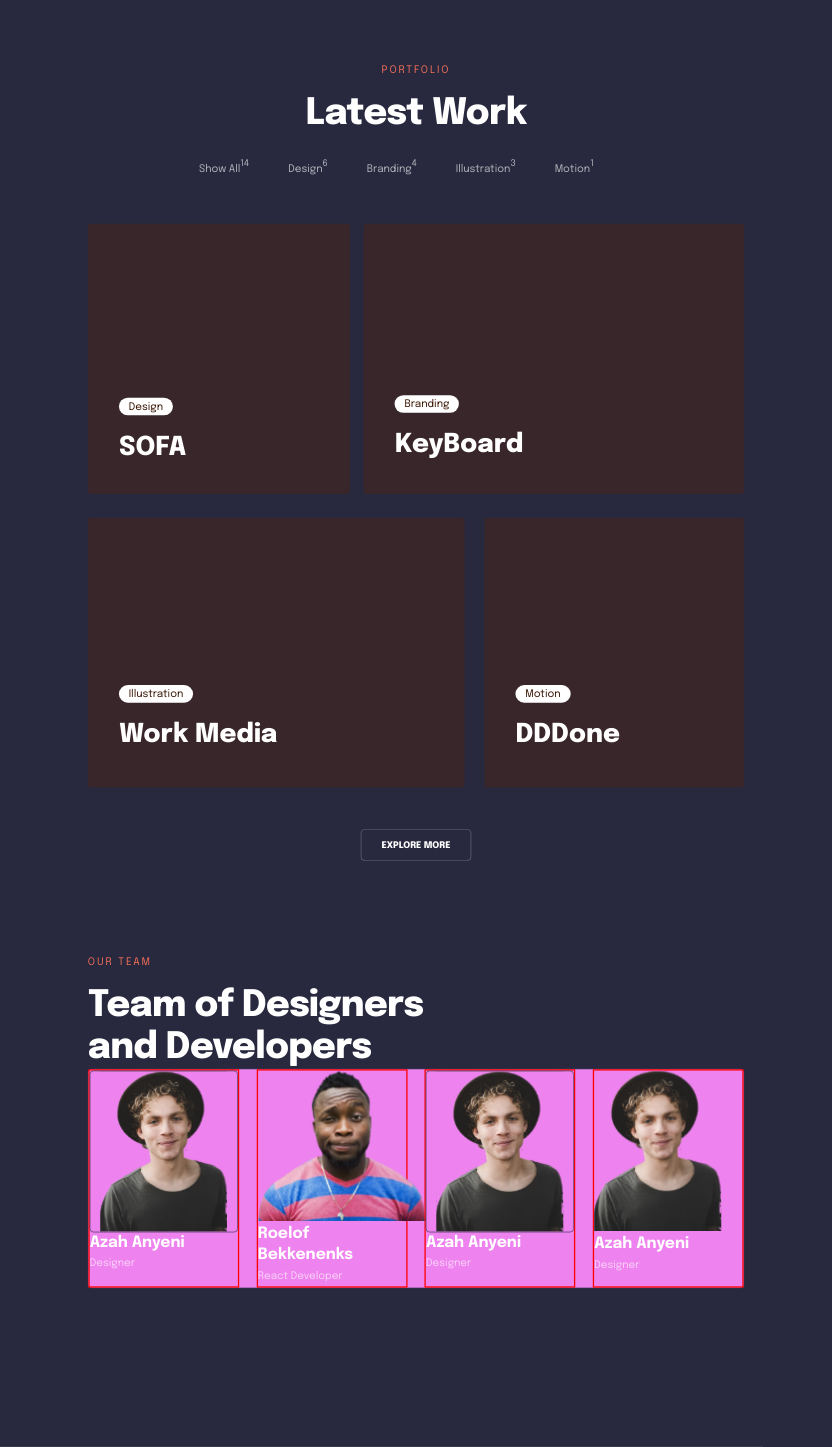
Repository: FidanXankishiyeva/figma-positions-task
Page: index.html
These files come from the project's save history. The page is drawn as it stood at one moment and after a run of saves; the edit follows.
The browser window is 1280 px wide. The pictures show the whole page, at 65% of full size.

Above is the page before, as saved 2023-08-10 13:44:11.

### index.html
<!DOCTYPE html>
<html lang="en">

<head>
    <meta charset="UTF-8">
    <meta name="viewport" content="width=device-width, initial-scale=1.0">
    <title>Document</title>
    <link rel="stylesheet" href="index.css">
</head>

<body>
    <div class="container">
        <div class="page-1">
            <div class="text-box">
                <h1>Portfolio</h1>
                <h2>Latest Work</h2>
            </div>
            <nav class="position-box">
                <ul>
                    <li>
                        <h1>Show All</h1>
                        <p>14</p>
                    </li>
                    <li>
                        <h1>Design</h1>
                        <p>6</p>
                    </li>
                    <li>
                        <h1>Branding</h1>
                        <p>4</p>
                    </li>
                    <li>
                        <h1>Illustration</h1>
                        <p>3</p>
                    </li>
                    <li>
                        <h1>Motion</h1>
                        <p>1</p>
                    </li>
                </ul>
            </nav>
            <div class="photo-box">
                <div class="sofa-box">
                    <img src="./photo/sofa.svg" alt="">
                    <div class="design-box">
                        <a href="#">Design</a>
                        <p>SOFA</p>

                    </div>
                </div>
                <div class="keyboard-box">
                    <img src="./photo/keyboard.svg" alt="">
                    <div class="branding-box">
                        <a href="#">Branding</a>
                        <p>KeyBoard</p>
                    </div>
                </div>
            </div>

            <div class="photo-box-2">
                <div class="work-media">
                    <img src="./photo/Work-Media.svg" alt="">
                    <div class="illustration-box">
                        <a href="#">Illustration</a>
                        <p>Work Media</p>
                    </div>
                </div>
                <div class="done-box">
                    <img src="./photo/done.svg" alt="">
                    <div class="motion-box">
                        <a href="#">Motion</a>
                        <p>DDDone</p>
                    </div>
                </div>
            </div>
            <button>
                Explore more
            </button>
        </div>
        <div class="page-2">
            <div class="text-box-2">
                <h3 >Our Team</h3>
                <h4>Team of Designers
                    and Developers</h4>
            </div>
            <div class="team-person">
                <ul>
                    <li>
                        <div>
                            <img src="./photo/azah.svg" alt="">
                        </div>
                        <h5>Azah Anyeni</h5>
                        <h6>Designer</h6>
                    </li>
                    <li>
                        <img src="./photo/roelof.svg" alt="">
                        <h5>Roelof Bekkenenks</h5>
                        <h6>React Developer</h6>
                    </li>
                    <li>
                        <div>
                            <img src="./photo/azah.svg" alt="">
                        </div>
                        <h5>Azah Anyeni</h5>
                        <h6>Designer</h6>
                    </li>
                    <li>
                        <img src="./photo/azah.svg" alt="">
                        <h5>Azah Anyeni</h5>
                        <h6>Designer</h6>
                    </li>
                </ul>
            </div>
        </div>
    </div>

</body>

</html>

### index.css
@import url("https://fonts.googleapis.com/css2?family=Epilogue:wght@400;700;800&display=swap");
* {
  margin: 0;
  padding: 0;
  box-sizing: border-box;
}

.container {
  width: 100%;
  background-color: #28293e;
}

.page-1 {
  padding: 92px 135px 0 135px;
}
.text-box h1 {
  margin-bottom: 20px;
  color: var(--text-light-accent, #ef6d58);
  text-align: center;
  font-feature-settings: "clig" off, "liga" off;
  font-family: Epilogue;
  font-size: 16px;
  font-style: normal;
  font-weight: 400;
  line-height: 32px;
  letter-spacing: 3px;
  text-transform: uppercase;
}

.text-box h2 {
  margin-bottom: 36px;
  color: var(--text-light, #fff);
  text-align: center;
  font-feature-settings: "clig" off, "liga" off;
  font-family: Epilogue;
  font-size: 56px;
  font-style: normal;
  font-weight: 800;
  line-height: 64px;
  letter-spacing: -1px;
}

.position-box ul {
  display: flex;
  justify-content: center;
}

.position-box ul li {
  list-style-type: none;
  margin-right: 60px;
  display: flex;
}

.position-box ul li h1 {
  color: var(--text-light-gray, rgba(255, 255, 255, 0.64));
  font-feature-settings: "clig" off, "liga" off;
  font-family: Epilogue;
  font-size: 16px;
  font-style: normal;
  font-weight: 400;
  line-height: 32px;
}

.position-box ul li p {
  color: var(--text-light-gray, rgba(255, 255, 255, 0.64));
  text-align: center;
  font-feature-settings: "clig" off, "liga" off;
  font-family: Epilogue;
  font-size: 14px;
  font-style: normal;
  font-weight: 400;
}

.photo-box {
  display: flex;
  justify-content: space-between;
  margin-top: 68px;
}

.sofa-box {
  width: 40%;
  position: relative;
}

.design-box {
  position: absolute;
  bottom: 51px;
  left: 48px;
  /* top: 50%;
    left: 50%;
    transform: translate(-50%, -50%); */
}

.sofa-box img {
  width: 100%;
  height: 416px;
  margin-right: 30px;
  border-radius: 6px;
  opacity: 0.3181;
  background: #5c2000;
}

.photo-box a {
  width: 84px;
  height: 38px;
  padding: 5px 15px;
  text-decoration: none;
  border-radius: 19px;
  background: #fff;
  color: var(--text-dark, #391400);
  font-feature-settings: "clig" off, "liga" off;
  font-family: Epilogue;
  font-size: 16px;
  font-style: normal;
  font-weight: 400;
  line-height: 32px;
}

.photo-box p {
  margin-top: 23px;
  color: var(--text-light, #fff);
  font-feature-settings: "clig" off, "liga" off;
  font-family: Epilogue;
  font-size: 40px;
  font-style: normal;
  font-weight: 800;
  line-height: 48px;
}

.keyboard-box {
  position: relative;
  width: 58%;
  height: 416px;
}

.keyboard-box img {
  width: 100%;
  height: 100%;
  border-radius: 6px;
  opacity: 0.3181;
  background: #5c2000;
}

.branding-box {
  position: absolute;
  bottom: 51px;
  left: 48px;
}

.photo-box-2 {
  display: flex;
  justify-content: space-between;
  margin-top: 32px;
}

.work-media {
  position: relative;
  margin-right: 30px;
  width: 58%;
  height: 416px;
}

.work-media img {
  width: 100%;
  height: 100%;
  border-radius: 6px;
  opacity: 0.3181;
  background: #5c2000;
}

.photo-box-2 a {
  padding: 5px 15px;
  border-radius: 19px;
  text-decoration: none;
  background: #fff;
  color: var(--text-dark, #391400);
  font-feature-settings: "clig" off, "liga" off;
  font-family: Epilogue;
  font-size: 16px;
  font-style: normal;
  font-weight: 400;
  line-height: 32px;
}

.photo-box-2 p {
  margin-top: 23px;
  color: var(--text-light, #fff);
  font-feature-settings: "clig" off, "liga" off;
  font-family: Epilogue;
  font-size: 40px;
  font-style: normal;
  font-weight: 800;
  line-height: 48px;
}

.illustration-box {
  position: absolute;
  top: 256px;
  left: 48px;
}

.done-box {
  position: relative;
  width: 40%;
  height: 416px;
}

.done-box img {
  width: 100%;
  height: 100%;

  border-radius: 6px;
  opacity: 0.3181;
  background: #5c2000;
}

.motion-box {
  position: absolute;
  top: 256px;
  left: 48px;
}

.box {
  position: absolute;
  top: 64px;
  left: 500px;
}

button {
  width: 170px;
  height: 48px;
  /* padding: 18px 31px; */
  margin: auto;
  margin-top: 64px;
  display: block;
  border-radius: 6px;
  border: 1px solid rgba(255, 255, 255, 0.3);
  background-color: #28293e;
  text-decoration: none;
  color: #fff;
  text-align: center;
  font-family: Epilogue;
  font-size: 14px;
  font-style: normal;
  font-weight: 900;
  line-height: normal;
  text-transform: uppercase;
}
/* page-2 design */
.page-2 {
  padding: 140px 135px 244px 135px;
}
.text-box-2 {
  width: 531px;
}
.text-box-2 h3 {
  color: var(--text-light-accent, #ef6d58);
  font-feature-settings: "clig" off, "liga" off;
  font-family: Epilogue;
  font-size: 16px;
  font-style: normal;
  font-weight: 400;
  line-height: 32px;
  letter-spacing: 3px;
  text-transform: uppercase;
}
.text-box-2 h4 {
  margin-top: 20px;
  color: var(--text-light, #fff);
  font-feature-settings: "clig" off, "liga" off;
  font-family: Epilogue;
  font-size: 56px;
  font-style: normal;
  font-weight: 800;
  line-height: 64px;
  letter-spacing: -1px;
}
.team-person ul {
  /* padding: 24px 37px 0px 37px; */
  display: flex;
  justify-content: space-between;
  border-radius: 6px;
  border: 1px solid #3a3c56;
  background-color: violet;
}
.team-person ul li {
  list-style-type: none;
    width: 23%;
    border: 2px solid red;
}
.team-person ul li div{
    border-radius: 6px;
border: 1px solid #3A3C56;
display: flex;
justify-content: center;
}
.team-person ul li:first-child img{
    width: 196px;
    height: 247px;

}
.team-person ul li:nth-child(2) img{
    width: 259px;
    height: 232px;
}

.team-person h5 {
  color: var(--text-light, #fff);
  font-feature-settings: "clig" off, "liga" off;
  font-family: Epilogue;
  font-size: 24px;
  font-style: normal;
  font-weight: 700;
  line-height: 32px;
}
.team-person h6 {
  color: var(--text-light-gray, rgba(255, 255, 255, 0.64));
  font-feature-settings: "clig" off, "liga" off;
  font-family: Epilogue;
  font-size: 16px;
  font-style: normal;
  font-weight: 400;
  line-height: 32px;
}

After the next 3 saves:
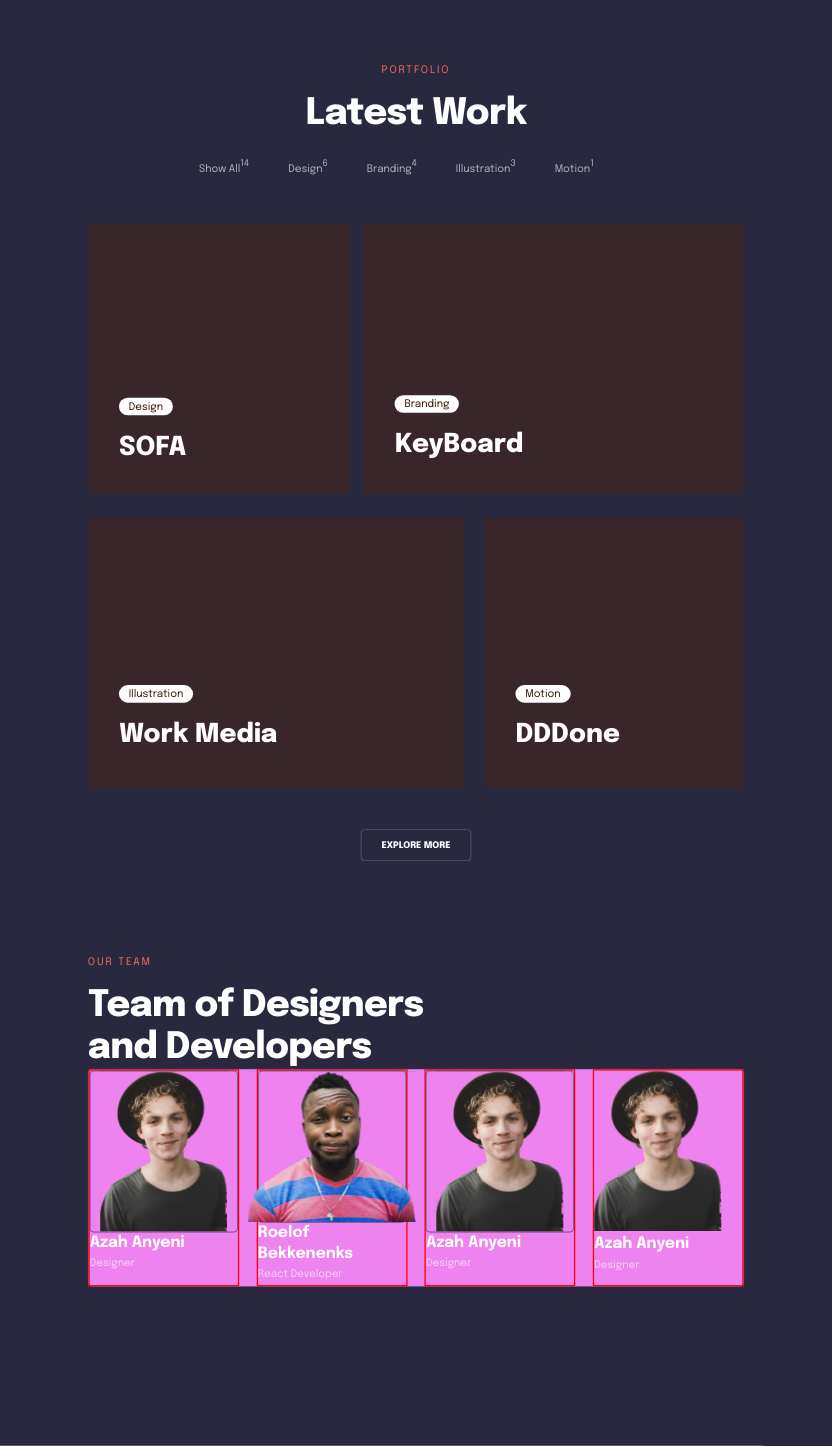
The 3 saves are shown as one change because they came seconds apart.
The last was saved 29 s later.
--- a/index.html
+++ b/index.html
@@ -93,7 +93,10 @@
                         <h6>Designer</h6>
                     </li>
                     <li>
-                        <img src="./photo/roelof.svg" alt="">
+                        <div>
+                            <img src="./photo/roelof.svg" alt="">
+
+                        </div>
                         <h5>Roelof Bekkenenks</h5>
                         <h6>React Developer</h6>
                     </li>
